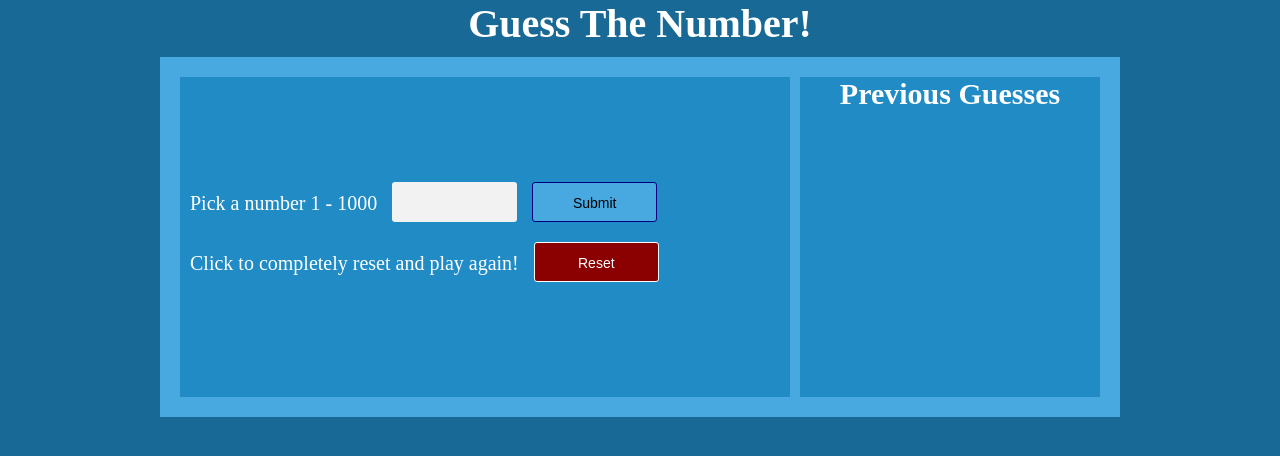
Repository: mlmEFSC21/P14-Guessing-Game
Page: guess.html
These files come from the project's save history. The page is drawn as it stood at one moment and after the next save; the edit follows.
The browser window is 1280 px wide. The pictures show the whole page.

Above is the page before, as saved 2022-03-19 14:39:19.

After the next save:
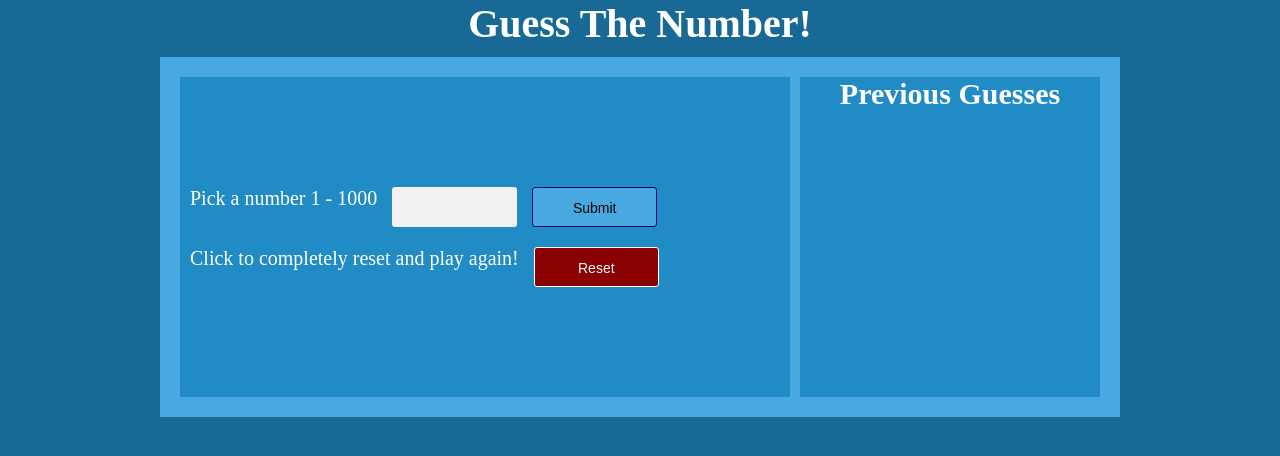
Saved 53 s later.
--- a/guess.css
+++ b/guess.css
@@ -46,7 +46,7 @@
     overflow: hidden;
 }
 form > * {
-    margin-bottom: 20px;
+    margin-block: 10px;
 }
 .inputForm {
     display: flex;
